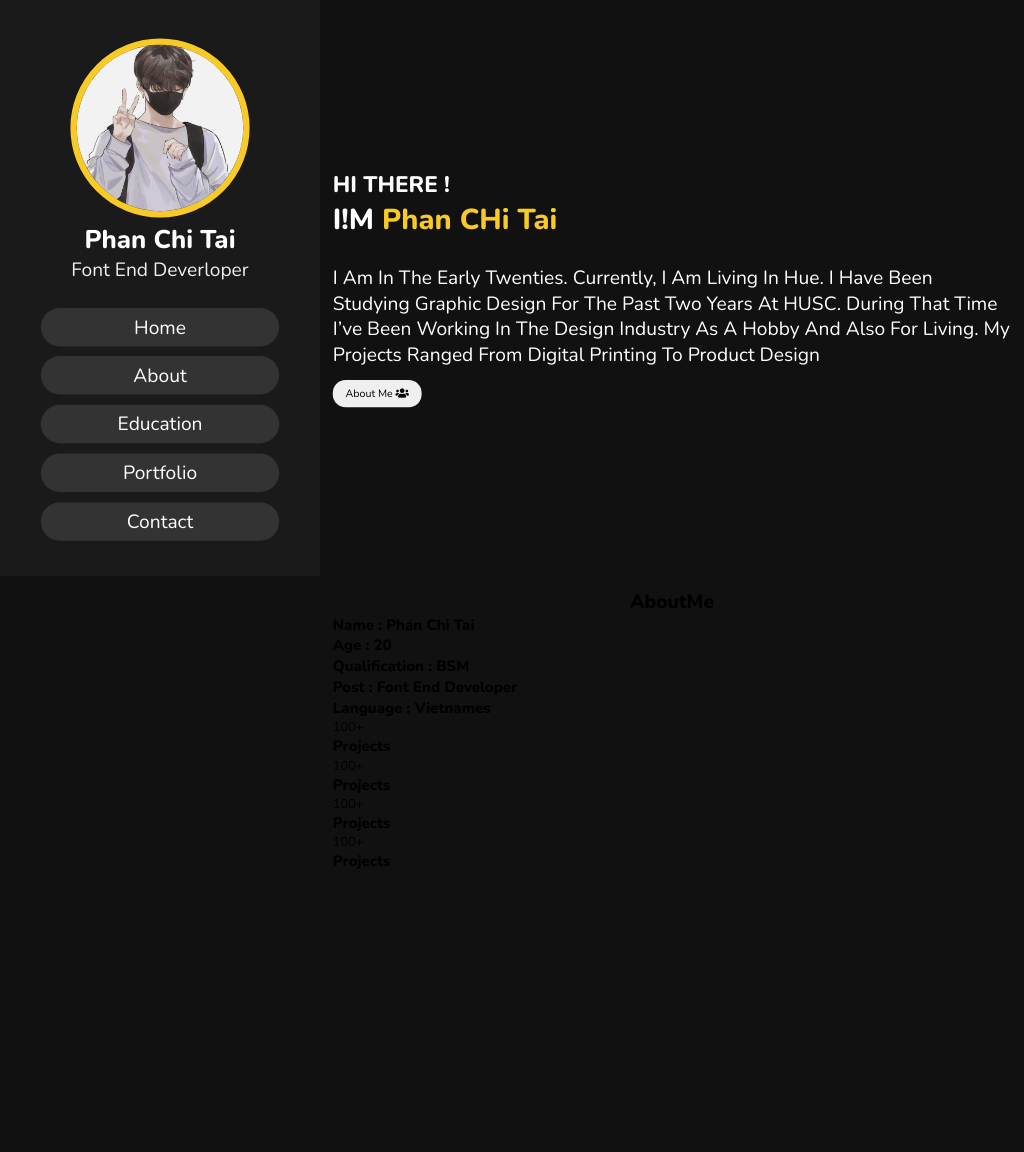
Repository: PCTai/My-profile
Page: index.html
These files come from the project's save history. The page is drawn as it stood at one moment and after the next save; the edit follows.
The browser window is 1280 px wide. The pictures show the whole page, at 80% of full size.

Above is the page before, as saved 2021-11-25 20:45:10.

After the next save:
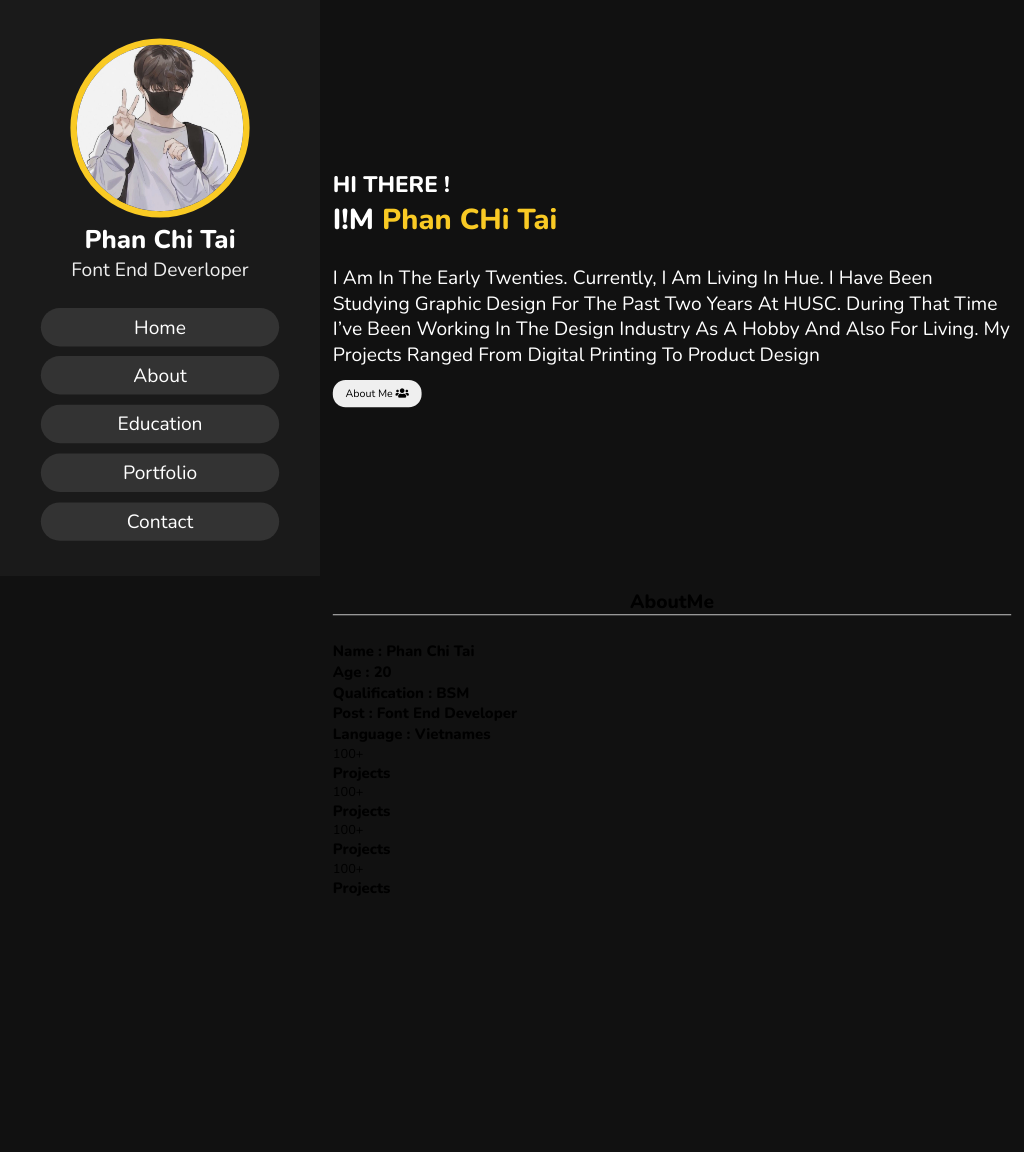
Saved 61 s later.
--- a/assets/css/style.css
+++ b/assets/css/style.css
@@ -136,4 +136,6 @@ section{
 .heading{
 
     text-align: center;
+    margin-bottom: 2rem;
+    border-bottom: 0.1rem solid #eee;
 }
